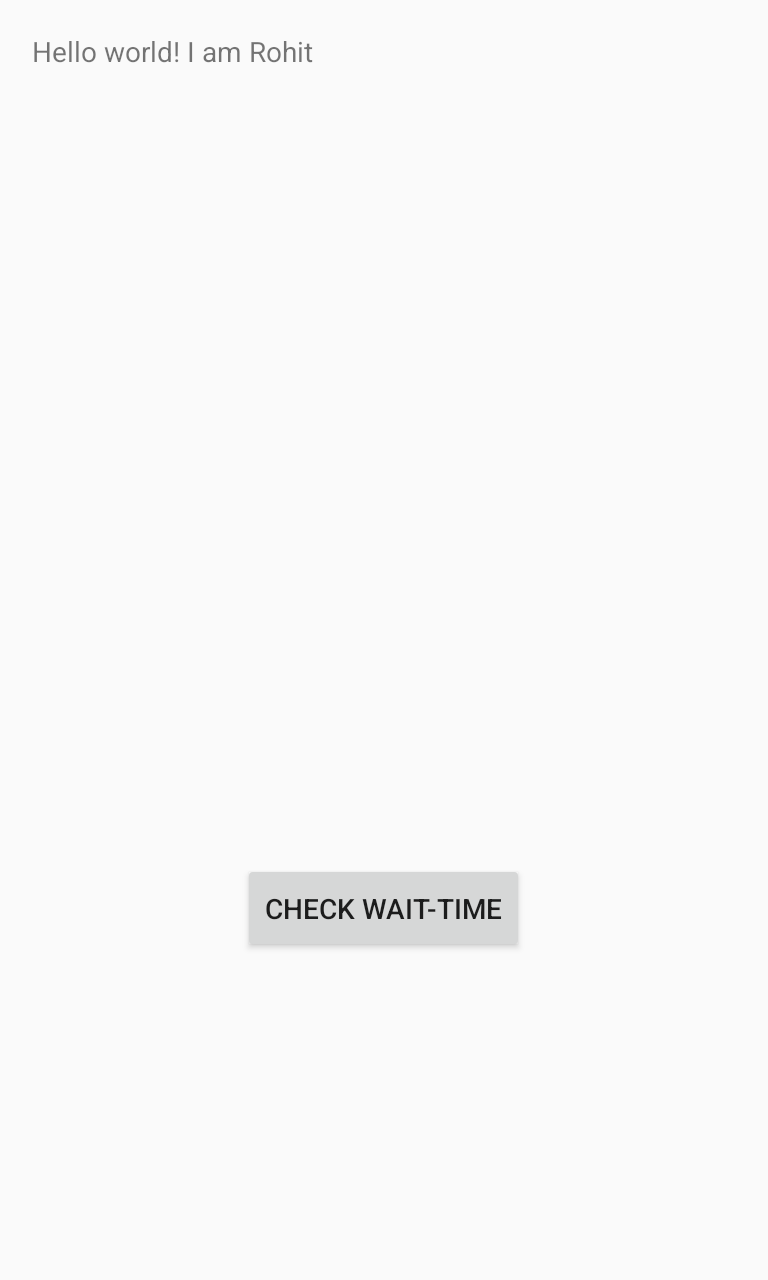
Repository: manasvikaranam/Wait-time-estimation-on-smartphone
Layout: Wait'N'Watch/res/layout/activity_main.xml
The author's editor kept a copy of each file at every save. The layout is drawn from the files as they stood at one save, then again after the next save.
It is drawn on a 768 x 1280 px phone screen (xhdpi) without system bars, with theme AppTheme; the app's code is not run.

Above is the layout before, as saved 2015-02-27 07:16:20.

### Wait'N'Watch/res/layout/activity_main.xml
<RelativeLayout xmlns:android="http://schemas.android.com/apk/res/android"
    xmlns:tools="http://schemas.android.com/tools"
    android:layout_width="match_parent"
    android:layout_height="match_parent"
    android:paddingBottom="@dimen/activity_vertical_margin"
    android:paddingLeft="@dimen/activity_horizontal_margin"
    android:paddingRight="@dimen/activity_horizontal_margin"
    android:paddingTop="@dimen/activity_vertical_margin"
    tools:context="com.example.waitnwatch.layouts.MainActivity" >

    <TextView
        android:id="@+id/textView1"
        android:layout_width="wrap_content"
        android:layout_height="wrap_content"
        android:text="@string/hello_world" />

    <Button
        android:id="@+id/checkWaitTime"
        android:layout_width="wrap_content"
        android:layout_height="wrap_content"
        android:layout_alignParentBottom="true"
        android:layout_centerHorizontal="true"
        android:layout_marginBottom="146dp"
        android:text="@string/checkWaitTime" />

</RelativeLayout>

### Wait'N'Watch/res/values/strings.xml
<?xml version="1.0" encoding="utf-8"?>
<resources>

    <string name="app_name">Wait\'N\'Watch</string>
    <string name="hello_world">Hello world! I am Rohit</string>
    <string name="action_settings">Settings</string>
    <string name="checkWaitTime">Check Wait-Time</string>

</resources>

Loaded but not shown: Wait'N'Watch/res/values/styles.xml (common file); Wait'N'Watch/res/values-v11/styles.xml (common file); Wait'N'Watch/res/values-v14/styles.xml (common file); Wait'N'Watch/res/values/dimens.xml (common file); Wait'N'Watch/res/values-w820dp/dimens.xml (common file)

After the next save:
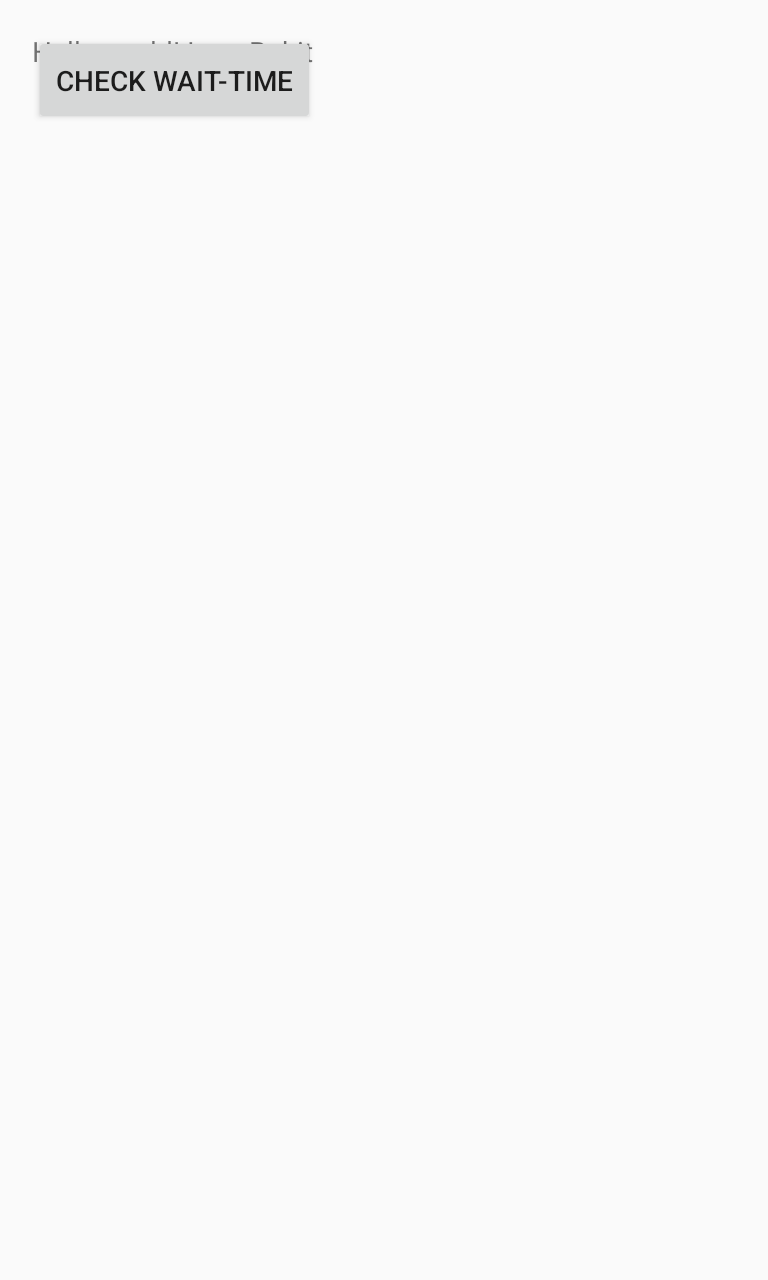
Saved 33 s later.
--- a/Wait'N'Watch/res/layout/activity_main.xml
+++ b/Wait'N'Watch/res/layout/activity_main.xml
@@ -18,8 +18,6 @@
         android:id="@+id/checkWaitTime"
         android:layout_width="wrap_content"
         android:layout_height="wrap_content"
-        android:layout_alignParentBottom="true"
-        android:layout_centerHorizontal="true"
         android:layout_marginBottom="146dp"
         android:text="@string/checkWaitTime" />
 

After the save that followed:
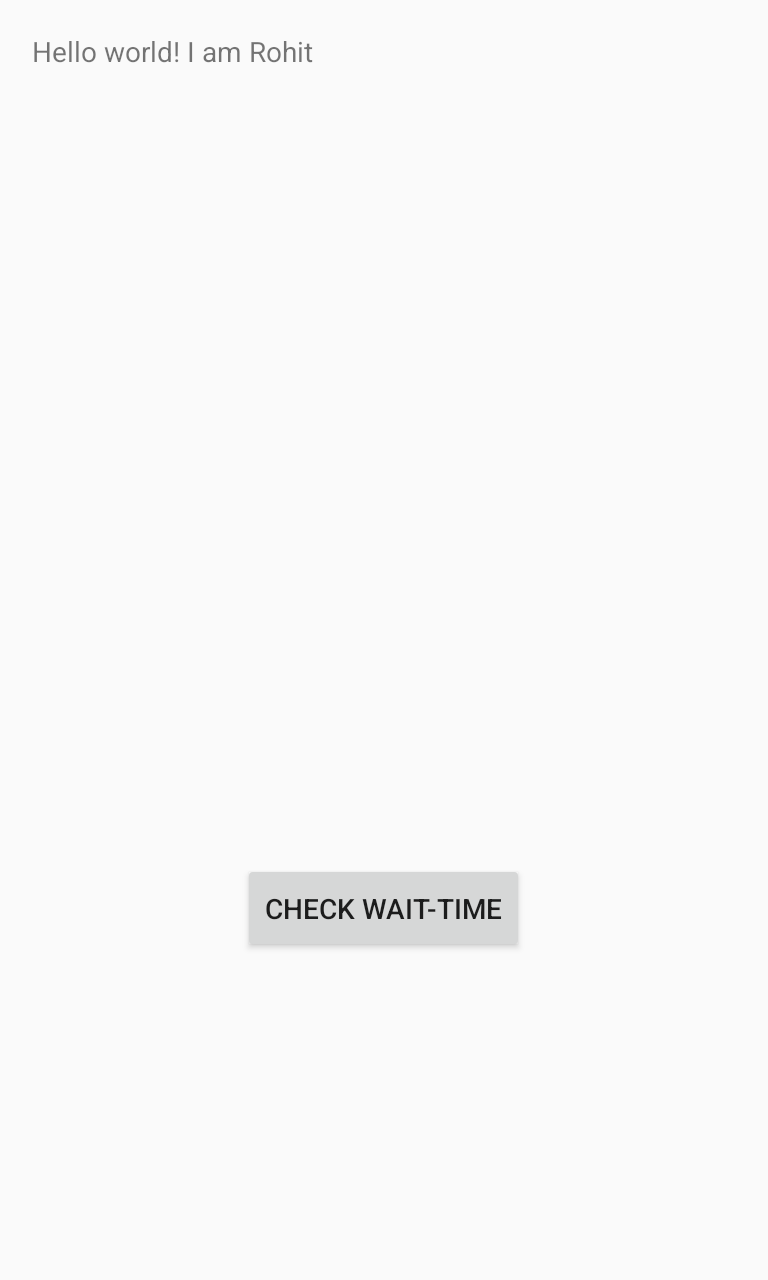
Saved 9 s later.
--- a/Wait'N'Watch/res/layout/activity_main.xml
+++ b/Wait'N'Watch/res/layout/activity_main.xml
@@ -18,6 +18,8 @@
         android:id="@+id/checkWaitTime"
         android:layout_width="wrap_content"
         android:layout_height="wrap_content"
+        android:layout_alignParentBottom="true"
+        android:layout_centerHorizontal="true"
         android:layout_marginBottom="146dp"
         android:text="@string/checkWaitTime" />
 
